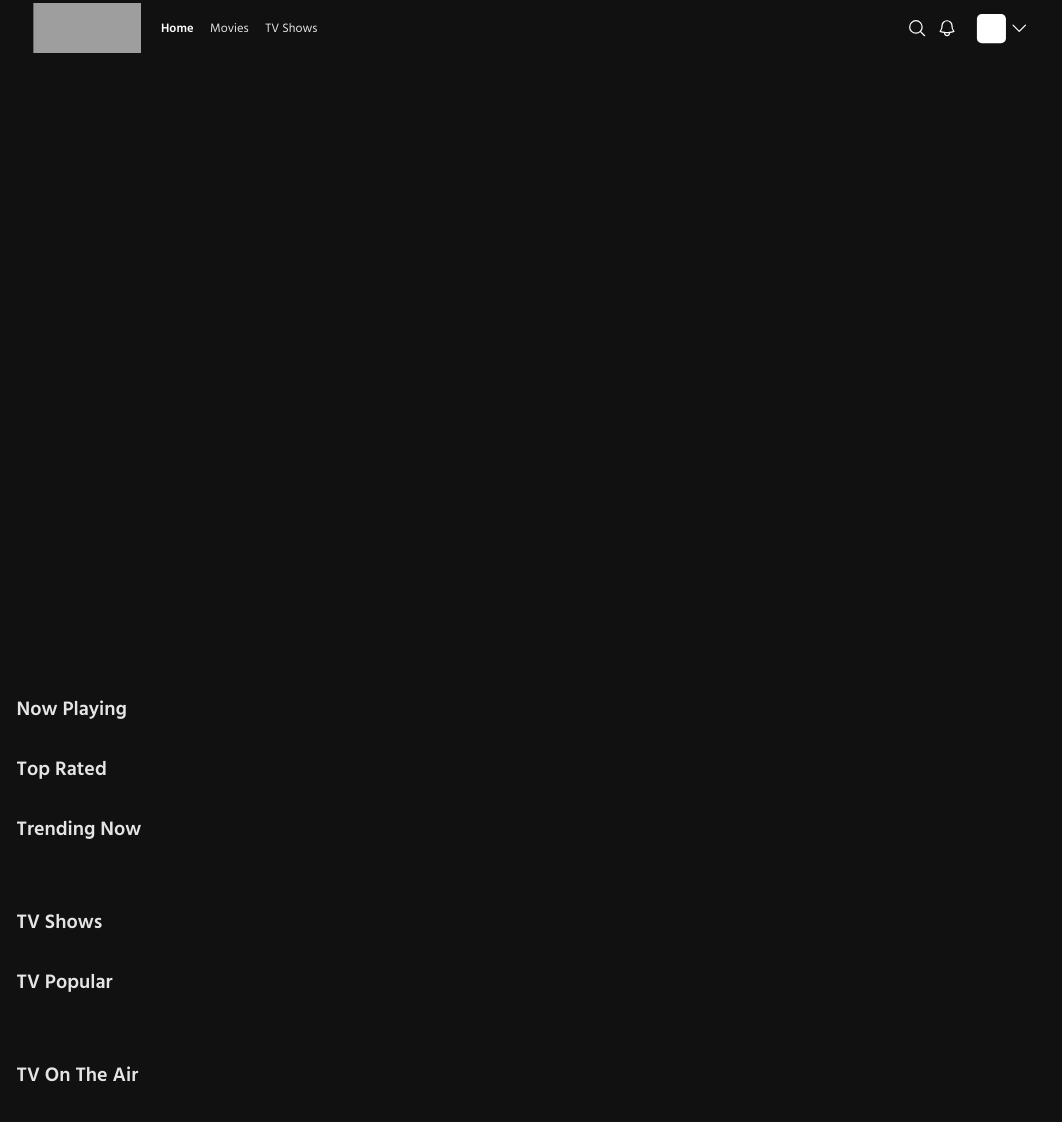
Repository: quynguyenn97/react-movie-app
Page: /
An editor plug-in stored every save of this project. The page is shown before and after the next save, followed by the edit.
The browser window is 1280 px wide. The pictures show the part of the page from y = 0 to 1352 px (the page is 1892 px tall before and 1852 px after), at 83% of full size.
Pictures or frames that could not be fetched are drawn as grey boxes. The page's requests for data from a server got no answer. The project was rebuilt for these pictures with package versions that can differ from the ones it lists, and the page was loaded fresh each time. No one was signed in, and anything a server would have sent is missing. Also part of the build but not shown: src/banner/Banner.scss, src/hook/useDebounce.js, src/components/button/Button.js, src/components/shows/ShowsCard.js, src/pages/ShowPage.js, src/pages/ShowDetailPage.js, src/components/movie/MovieCard.scss.

Above is the page before, as saved 2022-10-19 18:48:38.

After the next save:
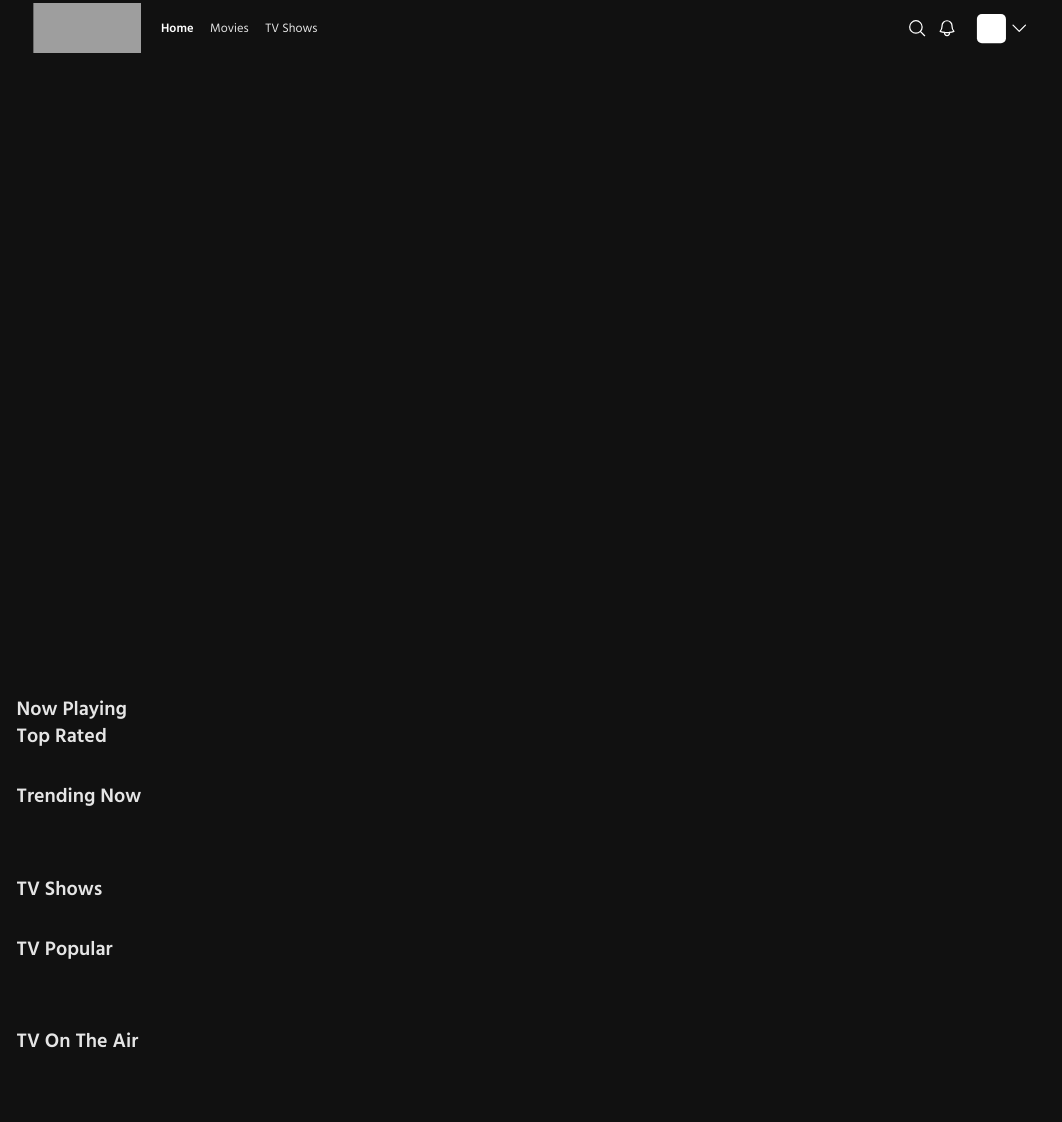
Saved 6 s later.
--- a/src/pages/HomePage.js
+++ b/src/pages/HomePage.js
@@ -5,7 +5,7 @@ import Footer from "../layout/Footer";
 const HomePage = () => {
     return (
         <Fragment>
-            <section className="movies-layout px-5 pb-10">
+            <section className="movies-layout px-5 pb-50">
                 <h2 className="text-[#e5e5e5] capitalize text-2xl  sm:text-2xl font-bold">
                     Now playing
                 </h2>
